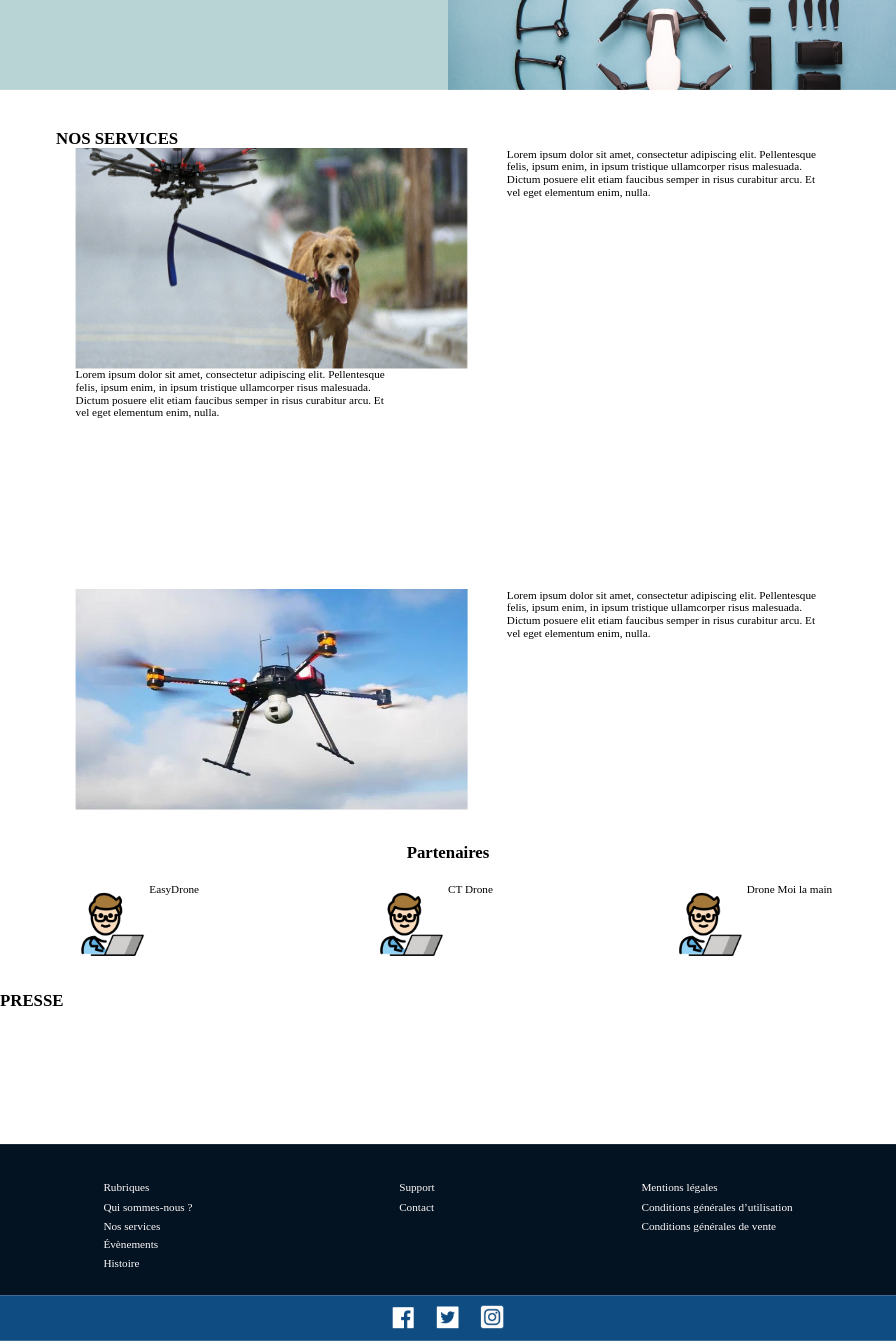
Repository: clairedupuich/serv_drone
Page: http://localhost/aceuille.html
An editor plug-in stored every save of this project. The page is shown before and after a run of saves, followed by the edit.
The browser window is 1280 px wide. The pictures show the part of the page from y = 748 to 2668 px (the page is 2664 px tall before and 2668 px after), at 70% of full size.
Pictures or frames that could not be fetched are drawn as grey boxes. The page is run by PHP 8.4 with error messages shown; the project is at /var/www/html/.

Above is the page before, as saved 2020-11-01 22:35:06.

### aceuille.html
<!DOCTYPE html>
<html lang="en">
<head>
    <meta charset="UTF-8">
    <meta name="viewport" content="width=device-width, initial-scale=1.0">
    <title>Aceuille</title>
    <link rel="stylesheet" href="style.css">
</head>
<body>
    <header>
        <section class="navLogo">
            <img src="img/Group 5.png" class="logo">
            <div class="navAndIcon">
                <ul class="nav">
                    <li class=""> <a href="qui_somme_nous.html"> Qui sommes-nous ?</a></li>
                    <li class=""> <a href="nos_produit.html"> Nos services</a></li>
                    <li class=""> <a href="histoire.html"> Histoire</a></li>
                    <li class=""> <a href="evenements.html"> Évènements</a></li>
                    <li class=""> <a href="support.html"> Support</a></li>
                    <li class=""> <a href="contact.html"> Contact</a></li>
                </ul>

                <div class="iconHeader">
                  <a href="" class="iconHaut"><img src="img/Vector.png" alt=""></a>
                  <a href="" class="iconHaut"><img src="img/Vector(1).png" alt=""></a>
                  <a href="" class="iconHaut"><img src="img/Vector(2).png" alt=""></a>
                </div>
            </div>
        </section>
        <section class="grandImg">
            <h2>Serv’Drone</h2>
            <p class="inHeaderP">Petite phrase d’accroche lorem ipsum s simply dummy text
                of the printing and typesetting industry.</p>
        </section>
    </header>


<section>
    <div class="container_acceuille">
        <div class="inuvation">
            <h3>INNOVATION</h3>
            <p>Lorem ipsum dolor sit amet, consectetur adipiscing elit. Pellentesque felis, ipsum enim, in ipsum tristique ullamcorper risus malesuada. Dictum posuere elit etiam faucibus semper in risus curabitur arcu. Et vel eget elementum enim, nulla. </p>
        </div>
        <img src="img/drone-knoll-flatlay 1.png" alt="" class="imgInovation">
    </div>
</section>

<section class="service_of_produit">
    <h2 class="titreAceuille">NOS SERVICES </h2>
    <div class="containerService">
        <img src="img/promèneChien.png" alt="" class="imgService">
        <p class="textService">Lorem ipsum dolor sit amet, consectetur adipiscing elit. Pellentesque felis, ipsum enim, in ipsum tristique ullamcorper risus malesuada. Dictum posuere elit etiam faucibus semper in risus curabitur arcu. Et vel eget elementum enim, nulla. </p>
    </div>
    <div class="containerService">

        <p class="textService">Lorem ipsum dolor sit amet, consectetur adipiscing elit. Pellentesque felis, ipsum enim, in ipsum tristique ullamcorper risus malesuada. Dictum posuere elit etiam faucibus semper in risus curabitur arcu. Et vel eget elementum enim, nulla. </p>
        <!-- <img src="" alt="" class="imgService"> -->
        <iframe width="560" height="315" src="https://www.youtube.com/embed/5ieqqD7U5DI" frameborder="0" allow="accelerometer; autoplay; clipboard-write; encrypted-media; gyroscope; picture-in-picture" allowfullscreen></iframe>
    </div>
    <div class="containerService">
        <img src="img/service3.jpg" alt="" class="imgService">
        <p class="textService">Lorem ipsum dolor sit amet, consectetur adipiscing elit. Pellentesque felis, ipsum enim, in ipsum tristique ullamcorper risus malesuada. Dictum posuere elit etiam faucibus semper in risus curabitur arcu. Et vel eget elementum enim, nulla.</p>
    </div>
</section>
<section>
    <div class="containerP">
        <h2 class="title text-center">Partenaires</h2>
        <div class="partners">
          <div class="block-partner">
            <img src="img/openmoji_man-technologist-light-skin-tone.png" alt="Logo des partenaires">
            <p>EasyDrone</p>
          </div>
          <div class="block-partner">
            <img src="img/openmoji_man-technologist-light-skin-tone.png" alt="Logo des partenaires">
            <p>CT Drone</p>
          </div>
          <div class="block-partner">
            <img src="img/openmoji_man-technologist-light-skin-tone.png" alt="Logo des partenaires">
            <p>Drone Moi la main</p>
          </div>
        </div>
      </div>
</section>
<section>
    <h2 class="titreAceuille">PRESSE</h2>
    <div class="container"></div>
</section>









    <footer>
        <div class="textFooterC">
            <div class="texFooter">
                <a href="" class="textFooterEle">Rubriques</a>
                <a href="" class="textFooterEle">Qui sommes-nous ? </a>
                <a href="" class="textFooterEle">Nos services</a>
                <a href="" class="textFooterEle">Évènements</a>
                <a href="" class="textFooterEle">Histoire</a>


            </div>
            <div class="texFooter">
                <a href="" class="textFooterEle">Support</a>
                <a href="" class="textFooterEle">Contact</a>
            </div>
            <div class="texFooter">
                <a href="" class="textFooterEle">Mentions légales</a>
                <a href="" class="textFooterEle">Conditions générales d’utilisation</a>
                <a href="" class="textFooterEle">Conditions générales de vente</a>
            </div>
        </div>
        <div class="iconsFooter">
               <img src="img/Vector 1.png" alt="" class="iconFooter">
               <img src="img/Vector2.png" alt="" class="iconFooter">
               <img src="img/Vector 3.png" alt="" class="iconFooter">
        </div>
    </footer>
</body>
</html>

### style.css
/* header commence ci-desous */
.navLogo {
    display: flex;
    flex-wrap: wrap;
    flex-direction: row;
    justify-content: space-around;
    align-items: center;
    padding: 1.5em;
}
.logo {
    width: 5em;
    height: 5em;
    margin-left: 0;
}
.nav {
    display: flex;
    flex-wrap: wrap;
    flex-direction: row;
    justify-content: space-between;
    margin-bottom: 0;
}
.nav > li {
    text-decoration: none;
    transition-property: transform;
    transition-duration: .2s;
    transform: scale(1);
    padding: 1em;
    list-style: none;
}
.nav > li > a {
    list-style: none;
    color:black;
    text-decoration: none;

}
.nav > li:hover {
    transform: scale(1.3);
    color: rgb(10, 23, 204);

}

.nav > li > a:hover {
    transform: scale(1.3);
    color: rgb(10, 23, 204);

}
.iconHeader {
    text-align: end;
   margin-right: 3em;
}
.iconHaut {
    margin-left: 1em;
}
.grandImg {
    background-image: url(img/headerimg.png);
    border-top: 7px solid #0F4C81;
    background-repeat: no-repeat;
    background-origin: border-box;
    background-position: center;
}
.grandImg > h2 {
    color: snow;
    font-size:3em ;
    margin: 0 auto 1em 1em;
    padding-top: 2em;
}
.inHeaderP {
    width: 40%;
    margin-bottom: 7em;
    padding-bottom: 8%;
    padding-left: 3.5%;
}
@media screen and (max-width: 770px) {
    .inHeaderP {
        width: 70%;
        margin-bottom: 6em;
        padding: 8% auto;
    }
    .grandImg > h2 {
        color: snow;
        font-size:2em ;
        margin: 0 auto 1em 1em;
        padding-top: 2em;
    }
}
/* page support commence */
*{
    margin: 0;
    padding: 0;
}
.videoDiv,
.iconText, {
    margin-bottom: 7em;
}
.contenueSupport {
   margin: 4em auto;
   padding: 1em 4%;
   text-align: center;
}
iframe {
    min-width: 300px;
}
.videoDiv > h2 {
   margin-bottom: 2em;
}

/* les icons de page support commence */
.titreIcon {
    color: snow;
    background-color: #0F4C81;
    margin: 5em auto;
    padding: .5em;
    width: 45%;
    border-radius: 3em;
}
@media screen and (max-width: 925px){
    .titreIcon {
        width: 65%;
        font-size: 1em;
    }
}
.iconText {
    display: flex;
    flex-direction: row;
    flex-wrap: wrap;
    justify-content: space-around;
}
.fig {
    width: 25%;
    min-width: 10em;
    margin-bottom: 7em;
}
.icon {
    margin-bottom: 2em;
}
.icon1,
.icon4 {
    margin-bottom: 3em;
}
.fig > figcaption {
    text-align: center;
    padding: 2em;
}

.repaire {
    margin-bottom: 4em;
    padding: 1em 15%;
}
.teleMail {
    display: flex;
    flex-direction: row;
    flex-wrap: wrap;
    justify-content: space-around;
}
.tele,
.mail {
    color: snow;
    background-color: #0F4C81;
    margin-bottom: 3em;
    padding: .5em;
    width: 33%;
    min-width: 15em;
}

/* page qui somme nous commence */
.quiHaut {
    text-align: center;
    background-color: #031322;
    background-clip: border-box;
    padding: 3em 17%;
    color: snow;
}
.littleTitre {
    font-weight: bold;
    padding: 2em;
    font-size: 1.2em;
}
.quiText {
    padding-bottom: 9em;
    line-height: 1.5em;
    text-align: justify;
}
.chefs {
    /* background-color: #031322; */
    background-clip: border-box;
    padding:2em 8%;
   /*  color: snow; */
}
.chefs > h4 {
    margin-left: 4em;
}
.man {
    display: flex;
    flex-wrap: wrap;
    flex-direction: row;
    justify-content: space-around;
    margin-bottom: 6em;
}
.imgMan2 {
    display: none;
}
.manText {
    width: 35%;
    text-align: justify;

}
@media screen and (max-width: 380px){
    .manText {
        width: 65%;
        text-align: justify;

    }
    .imgMan2 {
        display: block;
    }
    .imgManComputer {
        display: none;
    }
}

/* footer commence */
footer {

    color: snow;
    margin-top: 8em;
}
.textFooterC {
    background-color: #031322;
    display: flex;
    flex-direction: row;
    flex-wrap: wrap;
    justify-content: space-around;
    padding-top: 3em;
    padding-bottom: 2em;
}
.texFooter {
    display: flex;
    flex-direction: column;
    line-height: 1.7em;
    background-clip: border-box;
}
/* .textFooter2 {
    margin-right: 19em;
} */
.textFooterEle {
    text-decoration: none;
    list-style: none;
    color: snow;
}
.iconsFooter {
    background-color: #0F4C81;
    text-align: center;
}
.iconFooter{
   padding: 0.9em;
}

/* page contact commence */
.contenueContact {
    padding:2em 9%;
    background-color: #f2f3f3;
    background-clip: border-box;
}
.contact {
    display: flex;
    flex-direction: row;
    flex-wrap: wrap;
    justify-content: space-around;
    margin-bottom: 3em;
}
.contact > p {
    background-color: #ffffff;
    padding: 10% 2em;
    border-radius: 3em;
    margin-bottom: 1.5em;

}
.contact > p > span {
    font-size: 1.5em;
    display: block;
    margin-bottom: 1em;
}
.contact_img {
    border-radius: 3em;
    width: 40%;
    min-width: 20em;
}

/* formulaire ci-desous */
.cont h2 {
    margin: 6em auto 2em;
    text-align: center;
    width: 80%;
}

.hform {

    background-image: url(img/drone2.png);
    background-repeat: no-repeat;
    background-position-x: right;
    background-position-y: top;
}

.cont h3 {
    margin-bottom: 1em;
}

.contat-p {
    padding: 8px auto;
}

form {
    margin-top: 1.5em;

}

.nomemail {
    display: flex;
    flex-direction: row;
    flex-wrap: wrap;
    justify-content: space-between;

}

.form-nom {
    width: 40%;
    min-width: 16em;
}

.form-emil {
    width: 40%;
    margin-right:.5em;
    min-width: 16em;
}

.name {

    color: rgb(39, 37, 37);
    padding: 1em;
    width: 100%;
    margin: 0.7em auto;
}

.textarea {
    width: 100%;
    padding: 1.5em;
    font-size: 1em;
    margin-bottom: 2em;
    font-style: italic;

}

.contact-submit input {
    padding: .6em;
    font-size: 1em;
    background-color: #febf01;
    border: darkslategrey solid 1px;
    box-shadow: 2px 3x 6px black;
    border-radius: 3px;
    color: cornsilk;
    cursor: pointer;
}
@media screen and (max-width: 556px) {
    footer {
        margin-top: 5em;
        text-align: center;
    }
    .textFooterC {
        display: flex;
        flex-direction: column;
        flex-wrap: wrap;
        justify-content: space-around;
        padding-top: 3em;
        padding-bottom: 2em;
    }
    .texFooter {
        display: flex;
        flex-direction: column;
        line-height: 1.7em;
        background-clip: border-box;
    }

    .cont {
        background-image: url(img/drone2.png);
        background-repeat: no-repeat;
        background-position-x: right;
        background-position-y: top;
    }
    .hform {

        background-image: url();
    }

    .textarea {
        width: 92%;
    }

}
/* page histoire commence ici */
.cotenue_histoire {
    text-align: center;
}
.histoire_titre {
    text-align: center;
    font-weight: bold;
    font-size: 1.5em;
    margin: 3em auto;
}
.histoire_img {
    width: 60%;
}

/* page produit/ service commence */
.container {
    padding: 2em 5em;
}
 ul li {

    list-style: none;
    text-decoration: none;
}
.bg-light {
    padding: 1em 5em 4em;
    background-color: #D4E3E3;
}
.title {
    text-align: center;

}
.services {
    margin: 80px 0;
    padding: 30px;
  }

  .service-text {
    padding: 40px 0;
  }

  .service-img {
    margin-top: 20px;
    position: relative;
    height: 300px;
    background: center / cover no-repeat url(/images/service1.png);

    border-radius: 13px;

    transition: .3s;
  }

  .service-img-1 {
    background-image: url(/images/service2.png);
  }

  .service-img-2 {
    background-image: url(/images/service3.png);
  }

  .service-img-3 {
    background-image: url(/images/service4.png);
  }

  .service-img-4 {
    background-image: url(/images/service5.png);
  }

  .services a:hover .service-img {
    box-shadow: 4px 3px 14px -1px rgba(0, 0, 0, 0.26);
  }

  .service-img p {
    padding: 30px;
    position: absolute;
    top: 20px;
    right: 0;
    width: 200px;

    font-weight: 900;

    border-radius: 10px 0 0 10px;

    background-color: #B8D4D4;
  }

  .application {
    padding: 50px 0;
  }

  .application .title {
    margin-bottom: 50px;
  }
  /* products */
  .products {
    margin: 50px 0;
  }

  .product {
    padding: 15px;
    margin: 30px 0;

    color: #FFF;

    background-color: #031322;


  }

  .product img {

    width: 100%;
  }

  .product-title {
    margin-top: 20px;
    font-weight: 800;
  }

  .product-details {
    margin: 20px 0;
  }

  .product-price {
    text-align: center;
    font-weight: 800;
  }

  .product .btn {
    display: inline-block;
    margin-top: 20px;
    padding: 10px 0;
    width: 100%;
    color: snow;
    text-decoration: none;
    text-align: center;

    background-color: #0F4C81;

    border-radius: 6px;
  }

  a.btn:hover {
    color: #031322;
  }



  @media only screen and (min-width: 768px) {
    .products {
      display: grid;
      grid-template-columns: 1fr 1fr 1fr;
      grid-gap: 20px;
    }

    .product {
      min-height: 600px;
      position: relative;
    }

    .bottom-product {
      position: absolute;
      bottom: 15px;
      left: 15px;
      right: 15px;
    }
  }


/* page de evenements commance */
.evenement_container {
    display: flex;
    flex-direction: row;
    flex-wrap: wrap;
    justify-content: space-around;
    margin: 2em 3em;
}
.evenement_text{
    width: 35%;
}
.evenement_text p {
    margin-top: 2em;
}
.img_evenement_top {
    width: 45%;
    min-width: 20em;
}
.three_images {
    margin: 9em 3em;
}
.img_evenement_middle {
    width: 30%;
    min-width: 15em;
    margin-bottom: 2em;
}
.img_evenement_bottom {
    width: 55%;
    margin-left: 25%;
}
/* page d'aceuill commence */
.service_of_produit {
    margin: 3em 5em;
}
.containerService {
    display: flex;
    flex-direction: row;
    flex-wrap: wrap;
    justify-content: space-around;
}
.imgService {
    width: 560px;
    height: 315px;
}
.textService {
    width: 40%;

}
.block-partner {
    display: flex;
}
.container_acceuille {
    display: flex;
    flex-direction: row;
    flex-wrap: wrap;
    justify-content: space-between;
    width: 100%;
    margin-bottom: 3.5em;
}

.inuvation {
    width: 45%;
    background-color: #B8D4D4;
    padding: 2em;
}
.inuvation h3 {
    margin-bottom: 1.5em;
}
.imgInovation {
    width: 50%;
    min-width: 20em;
}

.partners {
    display: flex;
    flex-wrap: wrap;
    flex-direction: row;
    justify-content: space-around;
}
.block-partner {
    display: grid;
    grid-template-columns: 1fr 1fr;
    margin: 30px 0;
}

After the next 4 saves:
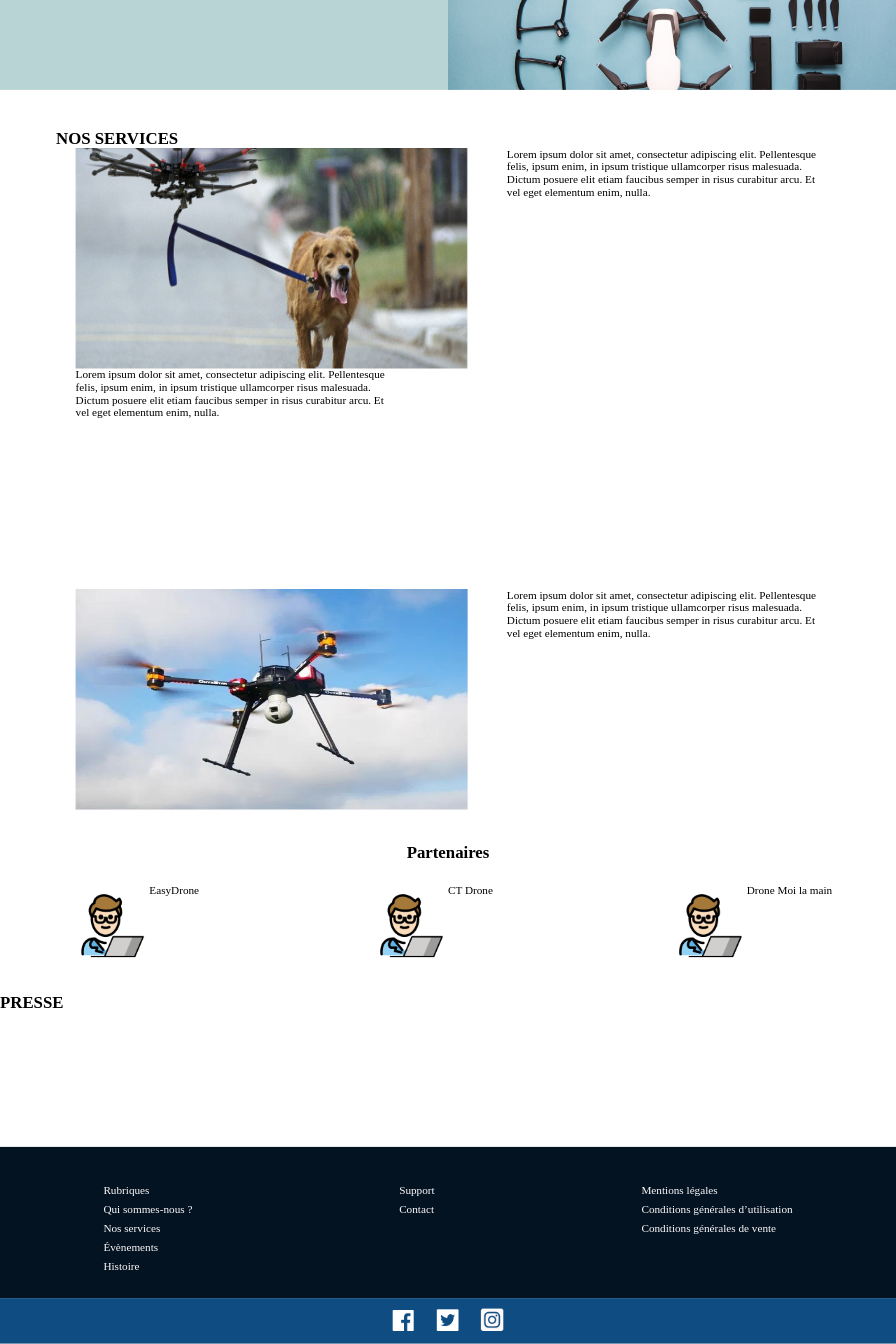
The 4 saves are shown as one change because they came seconds apart.
The last was saved 35 s later.
--- a/style.css
+++ b/style.css
@@ -646,5 +646,5 @@ form {
 .block-partner {
     display: grid;
     grid-template-columns: 1fr 1fr;
-    margin: 30px 0;
-}
+    margin: 2em auto;
+}
